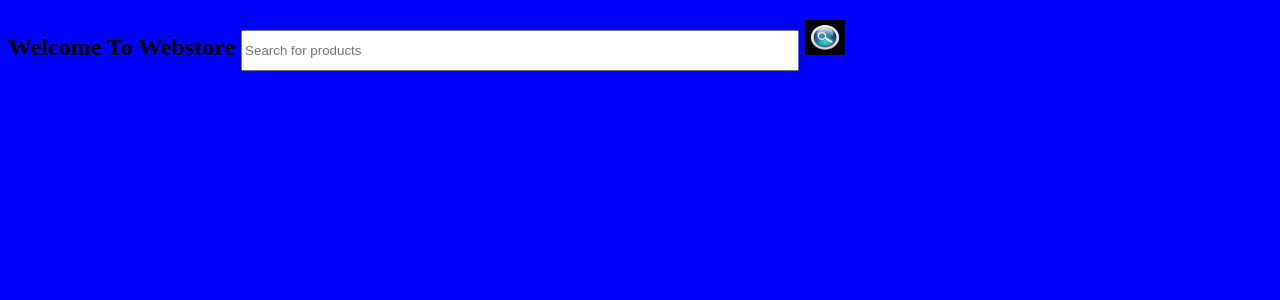
Repository: sourogithub/Final-yr-project-using-j2ee
Page: http://localhost/Webstore/JSP Pages/Front.jsp
An editor plug-in stored every save of this project. The page is shown before and after the next save, followed by the edit.
The browser window is 1280 px wide. The pictures show the whole page.
The page is served by Tomcat 9.

Above is the page before, as saved 2017-04-11 08:44:16.

### Webstore/WebContent/JSP Pages/Front.jsp
<%@ page language="java" contentType="text/html; charset=ISO-8859-1"
    pageEncoding="ISO-8859-1"%>
<!DOCTYPE html PUBLIC "-//W3C//DTD HTML 4.01 Transitional//EN" "http://www.w3.org/TR/html4/loose.dtd">
<html>
<head>
<meta http-equiv="Content-Type" content="text/html; charset=ISO-8859-1">
<title>Insert title here</title>
</head>
<body style="background-color:blue">
<div id="top"  style="background:blue; height:100px;position:absolute;top:0px;width:1000px">
<h2 >Welcome To Webstore
<input type="text" placeholder="Search for products" required style="border-width:2;width:550px;height:35px">
<a><img src="../images/search-images-17.jpg" height="35px" width="40px"></a>
</h2>
</div>
</body>
</html>

After the next save:
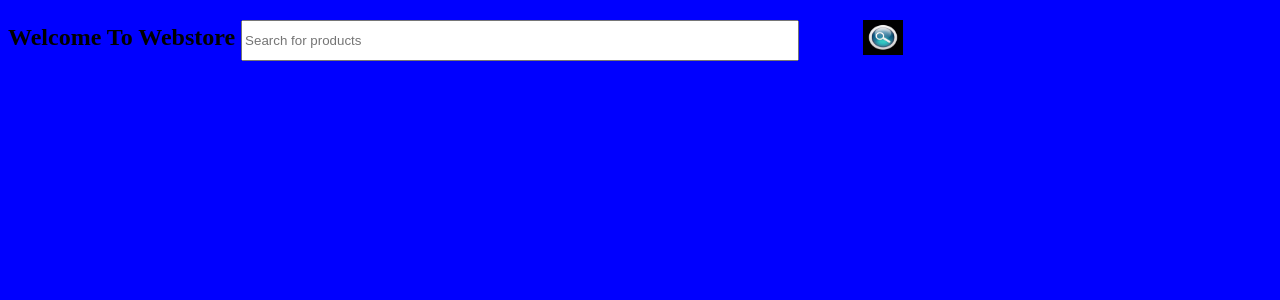
Saved 94 s later.
--- a/Webstore/WebContent/JSP Pages/Front.jsp
+++ b/Webstore/WebContent/JSP Pages/Front.jsp
@@ -10,7 +10,7 @@
 <div id="top"  style="background:blue; height:100px;position:absolute;top:0px;width:1000px">
 <h2 >Welcome To Webstore
 <input type="text" placeholder="Search for products" required style="border-width:2;width:550px;height:35px">
-<a><img src="../images/search-images-17.jpg" height="35px" width="40px"></a>
+<a><img src="../images/search-images-17.jpg" height="35px" width="40px" style="position:absolute;right:105px"></a>
 </h2>
 </div>
 </body>
